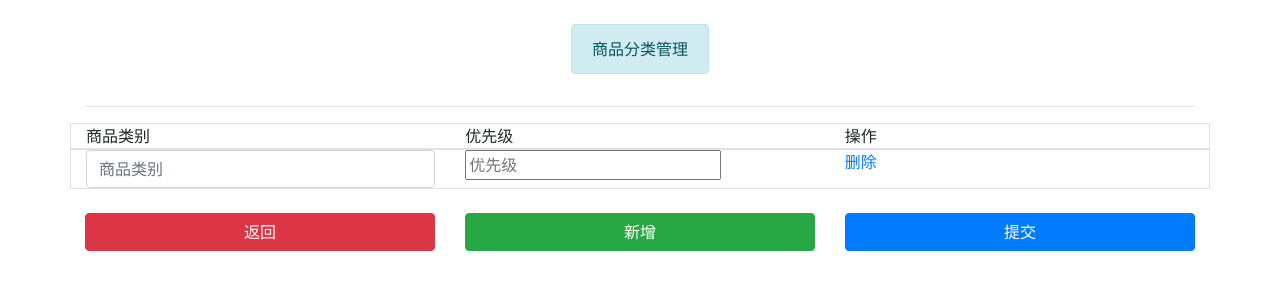
Repository: marveloussj/first_project
Page: o2o/src/main/webapp/WEB-INF/html/shop/productcategorymanage.html
These files come from the project's save history. The page is drawn as it stood at one moment and after the next save; the edit follows.
The browser window is 1280 px wide. The pictures show the whole page.
After loading, the first visible `#add` was clicked once.
The page's requests for data from a server got no answer. Some web libraries are served in a nearby version.

Above is the page before, as saved 2018-03-17 08:50:37.

After the next save:
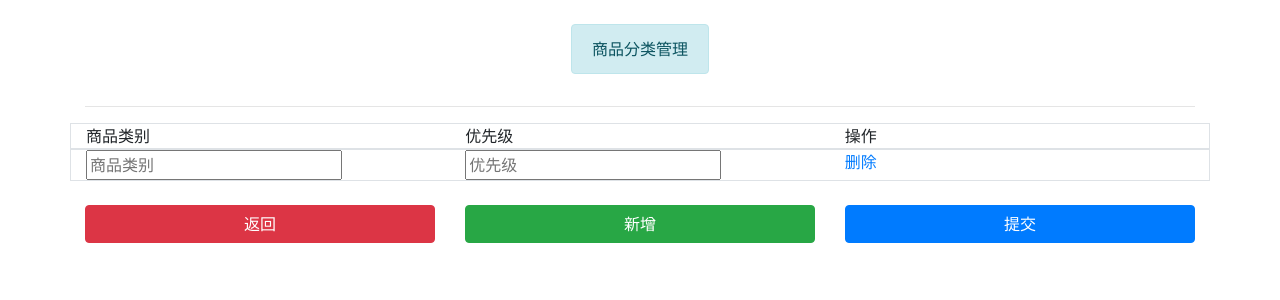
Saved 16 s later.
--- a/o2o/src/main/webapp/resources/js/shop/productcategorymanage.js
+++ b/o2o/src/main/webapp/resources/js/shop/productcategorymanage.js
@@ -29,7 +29,7 @@ $(function(){
 
 	$('#add').click(function(){
 		var tempHtml='<div class="row align-items-start table-bordered temp"><div class="col">'
-			+'<input class="form-control" type="text" placeholder="商品类别">'
+			+'<input type="text" placeholder="商品类别">'
 			+'</div> <div class="col">'
 			+'<input type="number" placeholder="优先级">'
 			+'</div><div class="col"><a href="#">删除</a></div></div>';
